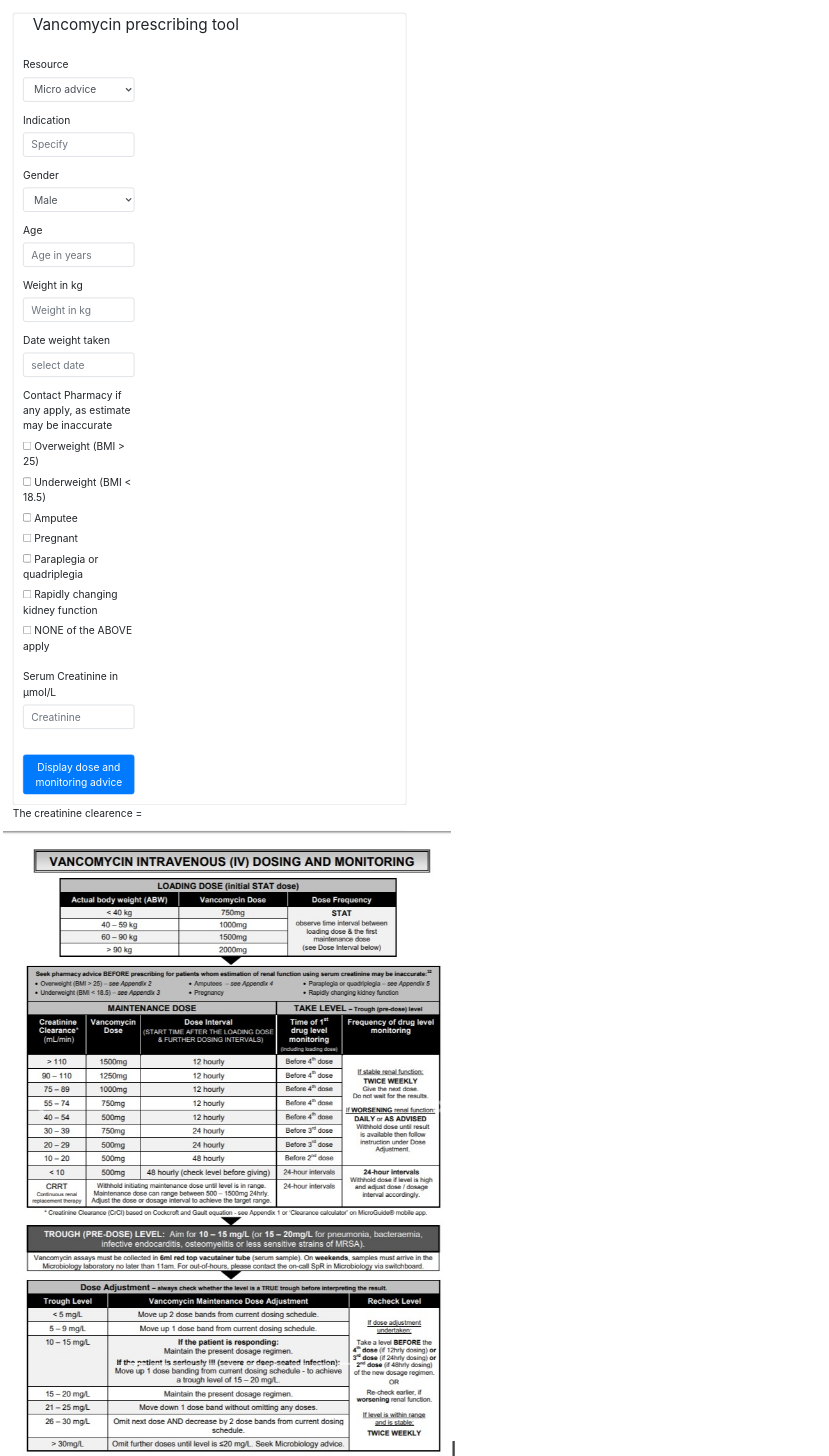
Repository: Mismiles/project-clinical-calculator
Page: index.html
The author's editor kept a record of every edit. The page is drawn from the files as they stood at one moment, then again after the next edit.
The browser window is 1280 px wide. The page is 1295 px wide, so the pictures cover 1295 px, including what lies to the right of the window. The pictures show the whole page, at 64% of full size.

Above is the page before.

After the next edit:
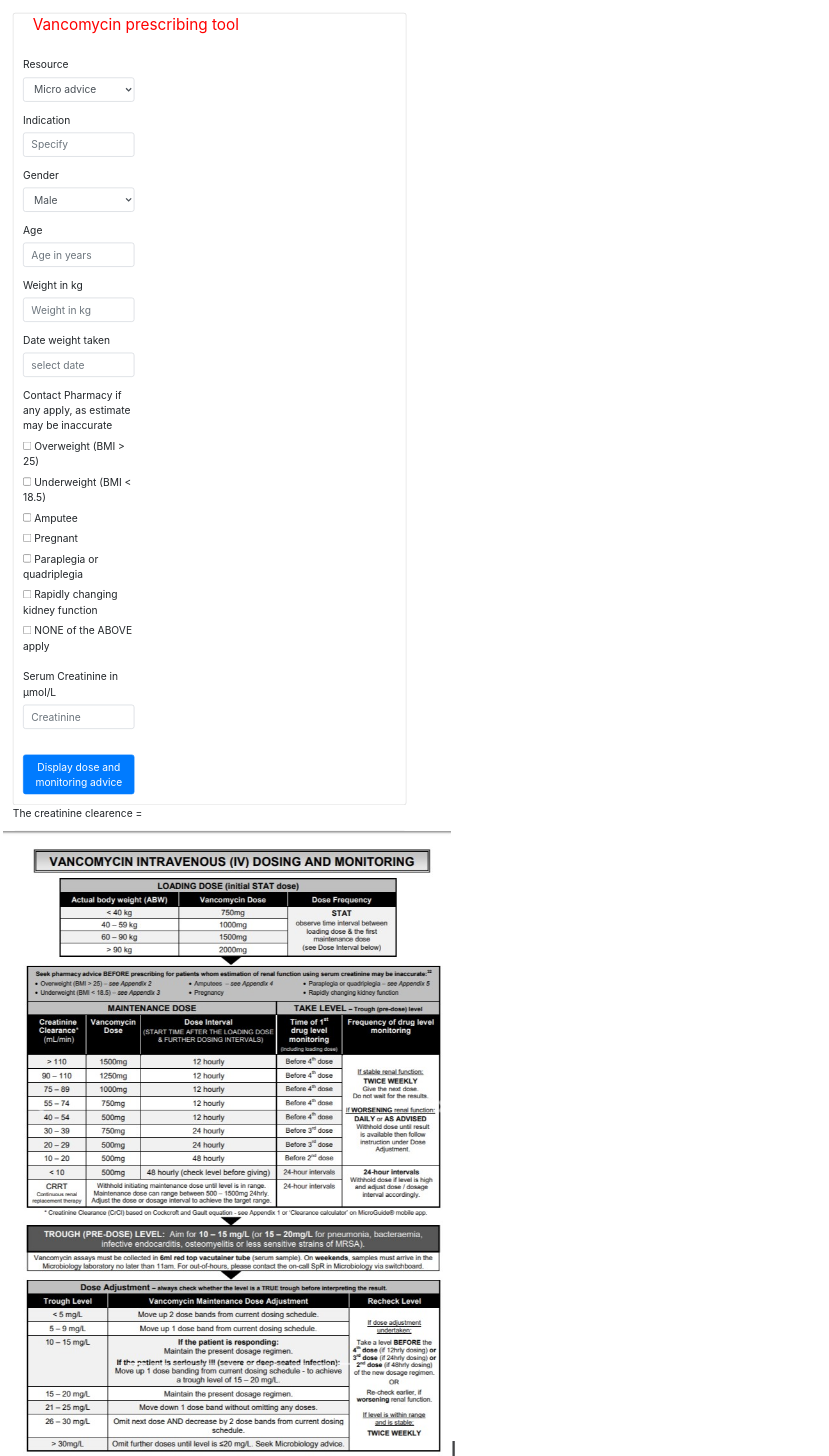
The edit:
--- a/css/stylesheet.css
+++ b/css/stylesheet.css
@@ -7,7 +7,9 @@
 
 legend {
     padding-left: 30px;
+    color: red;
 }
+
 .carousel {
   width:740px;
   height:860px;
